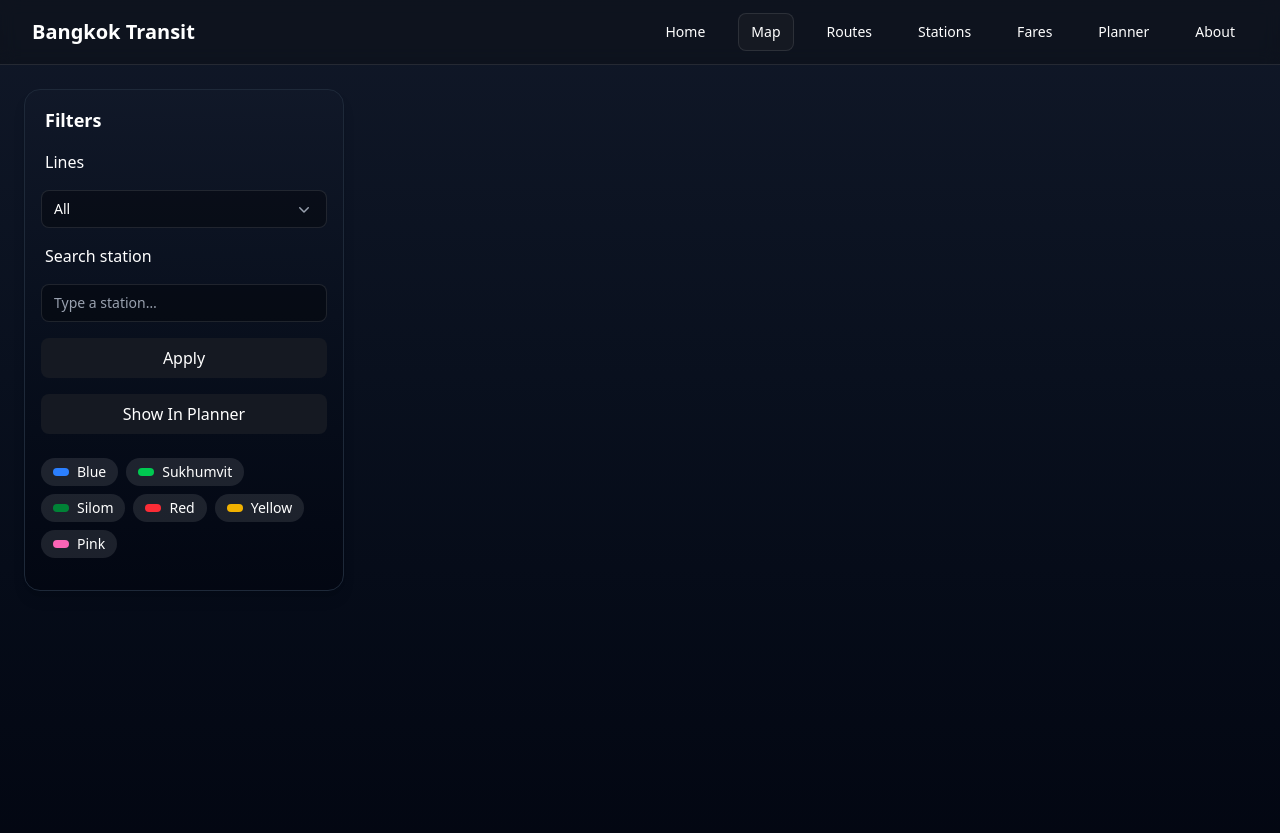
Repository: pyaestk/Bangkok-transit-map
Page: /map
The author's editor kept a copy of each file at every save. The page is drawn from the files as they stood at one save, then again after the next save.
The browser window is 1280 px wide. The pictures show the whole page.
The project was rebuilt for these pictures with package versions that can differ from the ones it lists, and the page was loaded fresh each time. Also part of the build but not shown: vite.config.ts, src/pages/Home.tsx, src/pages/Planner.tsx, src/pages/Stations.tsx, src/pages/TrainRoutes.tsx, src/pages/Fares.tsx, src/pages/About.tsx.

Above is the page before, as saved 2025-10-04 13:22:59.

### index.html
<!doctype html>
<html lang="en">
  <head>
    <meta charset="UTF-8" />
    <link rel="icon" type="image/svg+xml" href="/vite.svg" />
    <meta name="viewport" content="width=device-width, initial-scale=1.0" />
    <title>bangkok-transit-map</title>
  </head>
  <body>
    <div id="root"></div>
    <script type="module" src="/src/main.tsx"></script>
  </body>
</html>

### src/main.tsx
import { StrictMode } from 'react'
import { createRoot } from 'react-dom/client'
import './index.css'
import App from './App.tsx'
import { BrowserRouter as Router } from 'react-router'

createRoot(document.getElementById('root')!).render(
  <StrictMode>
    <Router>
      <App />
    </Router>
  </StrictMode>,
)

### src/App.tsx
import "./App.css";
import NavBar from "./component/NavBar";
import { Routes, Route } from "react-router-dom";
import Home from "./pages/Home";
import Map from "./pages/Map";
import Planner from "./pages/Planner";
import Stations from "./pages/Stations";
import TrainRoutes from "./pages/TrainRoutes";
import Fares from "./pages/Fares";
import About from "./pages/About";


function App() {
  return (
    <div className="min-h-screen flex flex-col bg-gradient-to-b from-gray-900 to-gray-950">
      {/* Navbar at the top */}
      <NavBar />

      {/* Main content area */}
      <main className="flex-1 p-6">
        <Routes>
          <Route
            path="/"
            element={ <Home/> }
          />
          <Route
            path="/map"
            element={ <Map/> }
          />
          <Route
            path="/planner"
            element={ <Planner/>}
          />
          <Route
            path="/routes"
            element={<TrainRoutes/>}
          />
          <Route
            path="/stations"
            element={<Stations/>}
          />
          <Route
            path="/fares"
            element={<Fares/>}
          />
          <Route
            path="/about"
            element={<About/>}
          />
        </Routes>
      </main>
    </div>
  );
}

export default App;

### src/App.css
@import "tailwindcss";

:root {
  background: #0a0a0a;
}

### src/component/NavBar.tsx
import { NavLink } from "react-router-dom";
import { useState } from "react";

function NavBar() {
  const [open, setOpen] = useState(false);

  const baseClasses =
    "px-3 py-2 text-sm border border-transparent block text-center";
  const inactiveClasses = "text-white transition-colors";
  const activeClasses = "bg-[#151922] border rounded-lg text-white border-white/10";

  const links = [
    { to: "/", label: "Home" },
    { to: "/map", label: "Map" },
    { to: "/routes", label: "Routes" },
    { to: "/stations", label: "Stations" },
    { to: "/fares", label: "Fares" },
    { to: "/planner", label: "Planner" },
    { to: "/about", label: "About" },
  ];

  return (
    <nav className="sticky top-0 z-50 bg-[#0a0a0a4d] border-b border-white/10 backdrop-blur-[8px]">
      <div className="max-w-7xl mx-auto px-4 sm:px-6 lg:px-8">
        <div className="flex items-center justify-between h-16">
          {/* Left side (Logo / Brand) */}
          <div className="flex-shrink-0 text-white text-xl font-bold">
            Bangkok Transit
          </div>

          {/* Desktop links */}
          <div className="hidden md:flex space-x-5">
            {links.map((l) => (
              <NavLink
                key={l.to}
                to={l.to}
                className={({ isActive }) =>
                  `${baseClasses} ${isActive ? activeClasses : inactiveClasses}`
                }
              >
                {l.label}
              </NavLink>
            ))}
          </div>

          {/* Mobile hamburger button */}
          <div className="md:hidden">
            <button
              aria-label="Toggle menu"
              onClick={() => setOpen((s) => !s)}
              className="inline-flex items-center justify-center p-2 rounded-md text-white hover:bg-white/5 focus:outline-none focus:ring-2 focus:ring-white"
            >
              <span className="sr-only">Open main menu</span>
              {/* Hamburger / X icon */}
              <svg
                className={`h-6 w-6 ${open ? "hidden" : "block"}`}
                xmlns="http://www.w3.org/2000/svg"
                fill="none"
                viewBox="0 0 24 24"
                strokeWidth={2}
                stroke="currentColor"
                aria-hidden="true"
              >
                <path
                  strokeLinecap="round"
                  strokeLinejoin="round"
                  d="M3 6h18M3 12h18M3 18h18"
                />
              </svg>
              <svg
                className={`h-6 w-6 ${open ? "block" : "hidden"}`}
                xmlns="http://www.w3.org/2000/svg"
                fill="none"
                viewBox="0 0 24 24"
                strokeWidth={2}
                stroke="currentColor"
                aria-hidden="true"
              >
                <path
                  strokeLinecap="round"
                  strokeLinejoin="round"
                  d="M6 18L18 6M6 6l12 12"
                />
              </svg>
            </button>
          </div>
        </div>
      </div>

      {/* Mobile menu, shown when open is true */}
      <div className={`md:hidden ${open ? "block" : "hidden"} `}>
        <div className="px-2 pt-2 pb-3 space-y-1">
          {links.map((l) => (
            <NavLink
              key={l.to}
              to={l.to}
              onClick={() => setOpen(false)}
              className={({ isActive }) =>
                `${baseClasses} ${isActive ? activeClasses : inactiveClasses}`
              }
            >
              {l.label}
            </NavLink>
          ))}
        </div>
      </div>
    </nav>
  );
}

export default NavBar;

### src/pages/Map.tsx
import FiltersCard from "../component/mappage/FiltersCard";

export default function Map() {
  return (
    <div className="min-h-screen">
      <FiltersCard/>
    </div>
  )
}

### src/component/mappage/FiltersCard.tsx
import LinesDropdown from "./LinesDropdown";
import { useState } from "react"

export default function FiltersCard() {
  const [selectedLine, setSelectedLine] = useState("All")


  const handleLineChange = (line: string) => {
    console.log("Selected Line:", line) // for now, just log
    setSelectedLine(line)
    //connect backend
  }

  return (
    <div className="p-4 rounded-2xl bg-gradient-to-b from-gray-900 to-gray-950 border border-gray-800 shadow-lg w-80 text-white">
      <h2 className="text-lg font-bold mb-4 mx-1">Filters</h2>

      <label className="block mb-2 mx-1 my-4">Lines</label>
      <LinesDropdown/>

      {/* Search station */}
      <label className="block my-4 mx-1">Search station</label>
      <input
        type="text"
        placeholder="Type a station…"
        className="w-full text-sm px-3 py-2 rounded-lg bg-black/30 border border-white/10 placeholder-gray-400 focus:outline-none"
      />

      {/* Buttons */}
      <div className="flex flex-col space-y-4 mt-4">
        <button className="px-4 py-2 rounded-lg bg-[#151922] text-white hover:bg-white/10">
          Apply
        </button>
        <button className="px-4 py-2 rounded-lg bg-[#151922] text-white hover:bg-white/10">
          Show In Planner
        </button>
      </div>

      {/* Line Pills */}
      <div className="flex flex-wrap gap-2 mt-6 mb-4 text-sm">
        <span className="flex items-center px-3 py-1 rounded-full bg-white/10">
          <span className="w-4 h-2 rounded-full bg-blue-500 mr-2"></span>
          Blue
        </span>
        <span className="flex items-center px-3 py-1 rounded-full bg-white/10">
          <span className="w-4 h-2 rounded-full bg-green-500 mr-2"></span>
          Sukhumvit
        </span>
        <span className="flex items-center px-3 py-1 rounded-full bg-white/10">
          <span className="w-4 h-2 rounded-full bg-green-700 mr-2"></span>
          Silom
        </span>
        <span className="flex items-center px-3 py-1 rounded-full bg-white/10">
          <span className="w-4 h-2 rounded-full bg-red-500 mr-2"></span> Red
        </span>
        <span className="flex items-center px-3 py-1 rounded-full bg-white/10">
          <span className="w-4 h-2 rounded-full bg-yellow-500 mr-2"></span>{" "}
          Yellow
        </span>
        <span className="flex items-center px-3 py-1 rounded-full bg-white/10">
          <span className="w-4 h-2 rounded-full bg-pink-400 mr-2"></span> Pink
        </span>
      </div>
    </div>
  );
}

### src/component/mappage/LinesDropdown.tsx
import { useState } from "react"
import { Menu, MenuButton, MenuItem, MenuItems } from "@headlessui/react"
import { ChevronDownIcon } from "@heroicons/react/20/solid"

interface LinesDropdownProps {
  onChange: (value: string) => void
}

export default function LinesDropdown({ onChange }: LinesDropdownProps) {
  const [selected, setSelected] = useState("All")

  const options = ["All", "Blue", "Sukhumvit", "Silom", "Red", "Yellow", "Pink"]

  const handleSelect = (option: string) => {
    setSelected(option)
    onChange(option)   // 🔥 notify parent
  }

  return (
    <div className="my-4">
      <Menu as="div" className="relative w-full">
        <MenuButton className="inline-flex w-full justify-between rounded-lg bg-black/30 px-3 py-2 text-sm text-white border border-white/10 hover:bg-white/10 focus:outline-none">
          {selected}
          <ChevronDownIcon aria-hidden="true" className="h-5 w-5 text-gray-400" />
        </MenuButton>

        <MenuItems
          transition
          className="absolute left-0 z-10 mt-2 w-full origin-top rounded-md bg-gray-800 border border-white/10 shadow-lg focus:outline-none
            data-closed:scale-95 data-closed:opacity-0 data-closed:transform
            data-enter:duration-100 data-enter:ease-out
            data-leave:duration-75 data-leave:ease-in"
        >
          <div className="py-1">
            {options.map((option) => (
              <MenuItem key={option}>
                {({ focus }) => (
                  <button
                    onClick={() => handleSelect(option)}
                    className={`block w-full px-4 py-2 text-left text-sm ${
                      focus ? "bg-white/5 text-white" : "text-gray-300"
                    }`}
                  >
                    {option}
                  </button>
                )}
              </MenuItem>
            ))}
          </div>
        </MenuItems>
      </Menu>
    </div>
  )
}

Loaded but not shown: src/index.css (common file)

After the next save:
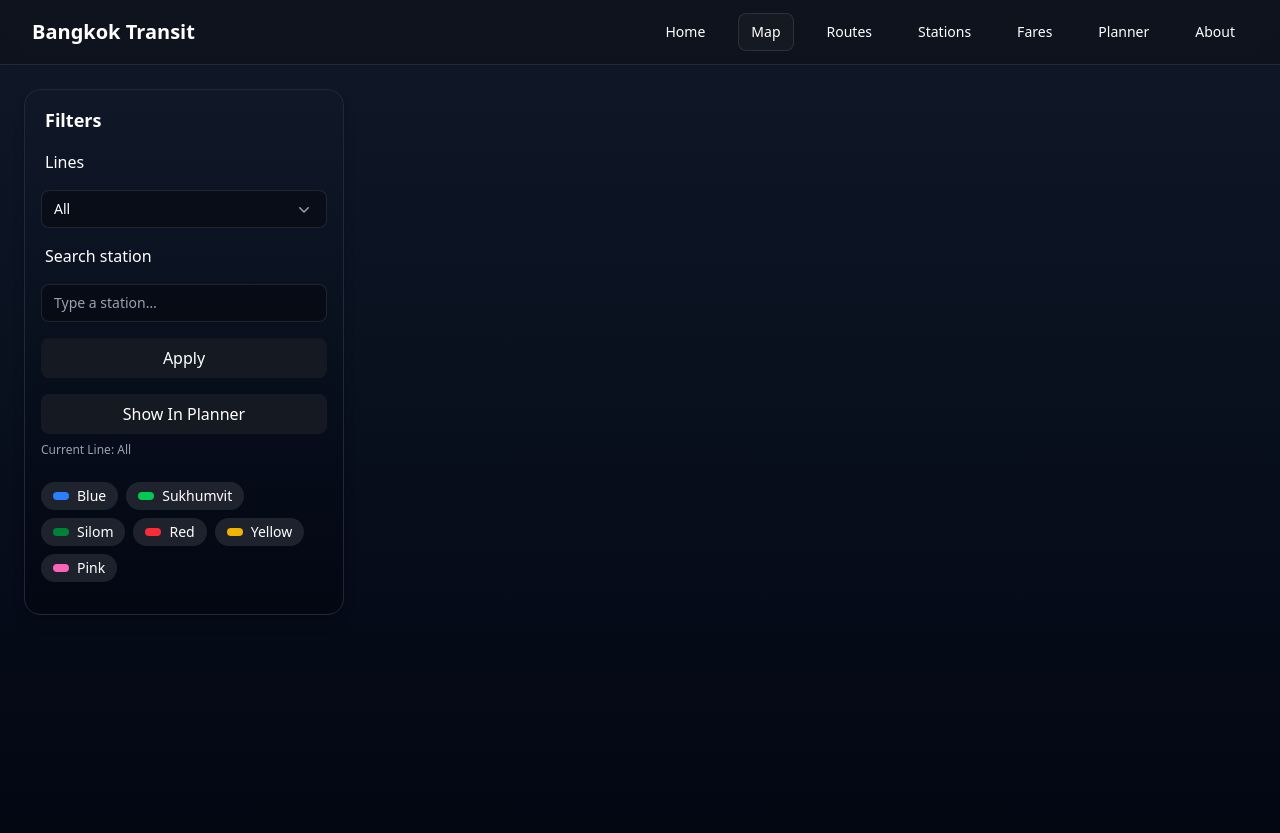
Saved 74 s later.
--- a/src/component/mappage/FiltersCard.tsx
+++ b/src/component/mappage/FiltersCard.tsx
@@ -16,7 +16,7 @@ export default function FiltersCard() {
       <h2 className="text-lg font-bold mb-4 mx-1">Filters</h2>
 
       <label className="block mb-2 mx-1 my-4">Lines</label>
-      <LinesDropdown/>
+      <LinesDropdown onChange={handleLineChange}/>
 
       {/* Search station */}
       <label className="block my-4 mx-1">Search station</label>
@@ -35,6 +35,11 @@ export default function FiltersCard() {
           Show In Planner
         </button>
       </div>
+
+      {/* Debug preview */}
+      <p className="text-xs text-gray-400 mt-2">
+        Current Line: {selectedLine}
+      </p>
 
       {/* Line Pills */}
       <div className="flex flex-wrap gap-2 mt-6 mb-4 text-sm">
